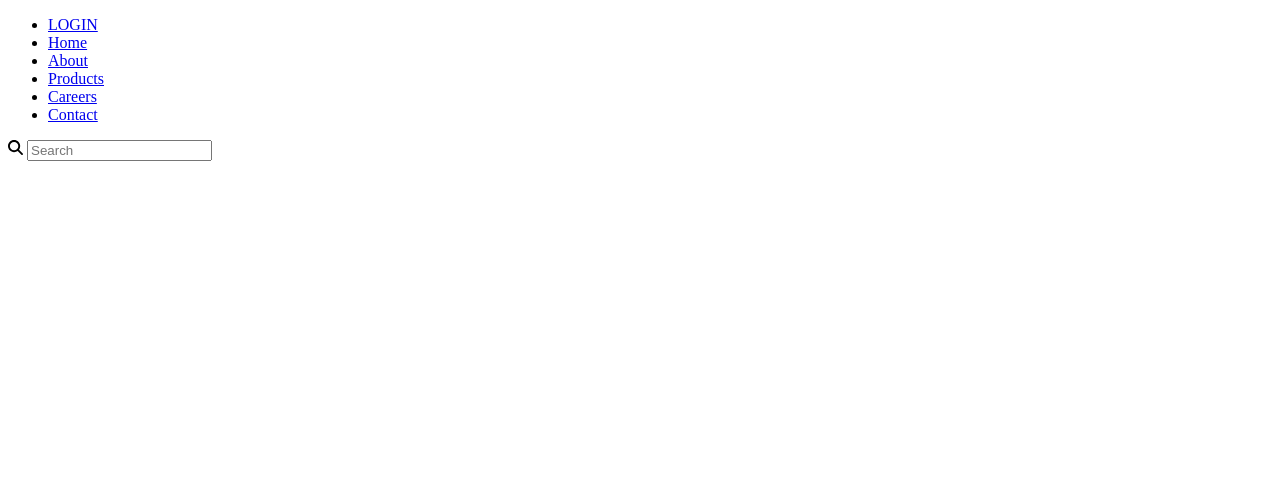
Repository: 365dayschallenge/interface_uniliver
Page: product.html
These files come from the project's save history. The page is drawn as it stood at one moment and after the next save; the edit follows.
The browser window is 1280 px wide. The pictures show the whole page.

Above is the page before, as saved 2022-12-18 19:20:43.

After the next save:
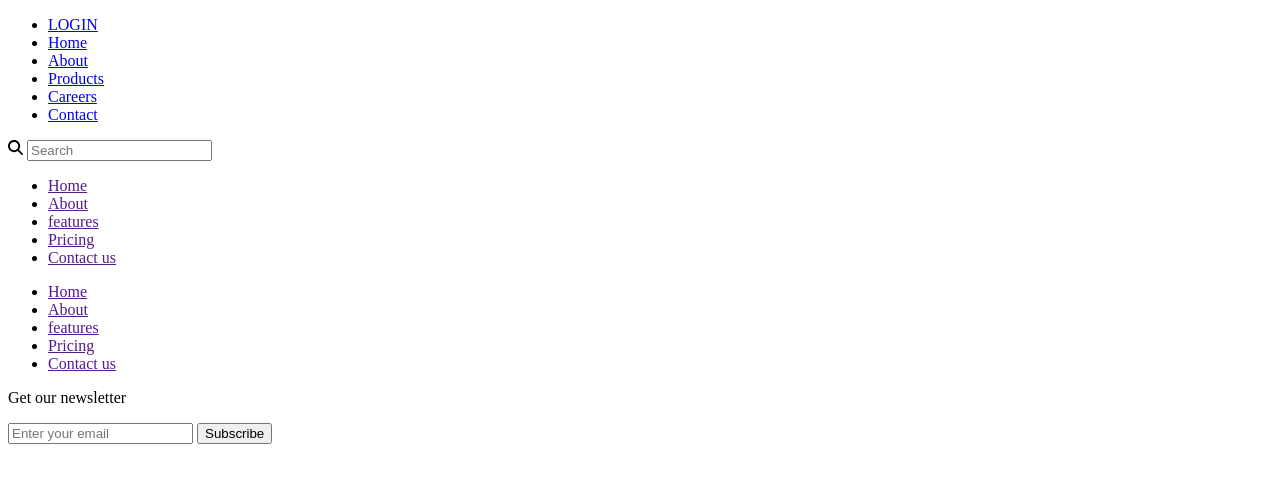
Saved 11 s later.
--- a/product.html
+++ b/product.html
@@ -30,5 +30,53 @@
         <input class="search" type="text" placeholder="Search" />
       </div>
     </nav>
+
+       <footer>
+      <div class="footer-links">
+        <btn class="btn" src="" alt=""> </btn>
+        <ul>
+          <li class="footer-menu"><a href="" class="footer-a">Home</a></li>
+          <li class="footer-menu"><a href="" class="footer-a">About</a></li>
+          <li class="footer-menu"><a href="" class="footer-a">features</a></li>
+          <li class="footer-menu"><a href="" class="footer-a">Pricing</a></li>
+          <li class="footer-menu">
+            <a href="" class="footer-a">Contact us</a>
+          </li>
+        </ul>
+        <ul>
+          <li class="footer-menu"><a href="" class="footer-a">Home</a></li>
+          <li class="footer-menu"><a href="" class="footer-a">About</a></li>
+          <li class="footer-menu"><a href="" class="footer-a">features</a></li>
+          <li class="footer-menu"><a href="" class="footer-a">Pricing</a></li>
+          <li class="footer-menu">
+            <a href="" class="footer-a">Contact us</a>
+          </li>
+        </ul>
+      </div>
+      <div class="newsletter">
+        <p class="footer-text">Get our newsletter</p>
+
+        <form action="">
+          <input
+            class="footer-form"
+            type="email"
+            placeholder="Enter your email"
+          />
+          <input
+            class="footer-form footer-btn"
+            type="submit"
+            value="Subscribe"
+          />
+        </form>
+
+        <div class="icons">
+          <i class="fa-brands fa-solid fa-facebook"></i>
+          <i class="fa-brands fa-solid fa-instagram"></i>
+          <i class="fa-brands fa-solid fa-snapchat"></i>
+          <i class="fa-brands fa-solid fa-twitter"></i>
+          <i class="fa-brands fa-solid fa-youtube"></i>
+        </div>
+      </div>
+    </footer>
 </body>
 </html>
